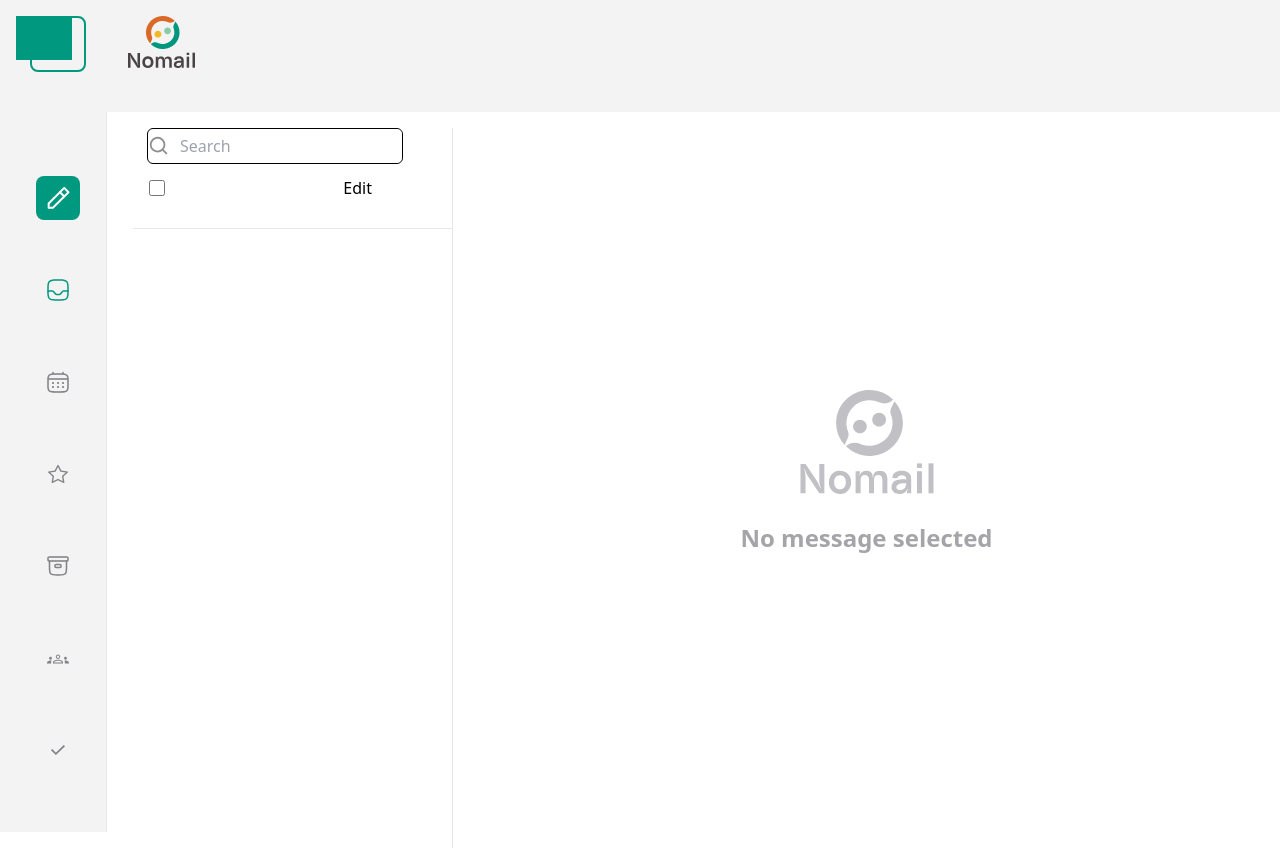
Repository: Tofigkh1/Nomail-App
Page: /
The author's editor kept a copy of each file at every save. The page is drawn from the files as they stood at one save, then again after a run of saves.
The browser window is 1280 px wide. The pictures show the whole page.
The project was rebuilt for these pictures with package versions that can differ from the ones it lists, and the page was loaded fresh each time. The framework's server and built-in components were replaced by stand-ins that run in the browser. Also part of the build but not shown: next.config.mjs.

Above is the page before, as saved 2024-09-25 21:15:01.

After the next 3 saves:
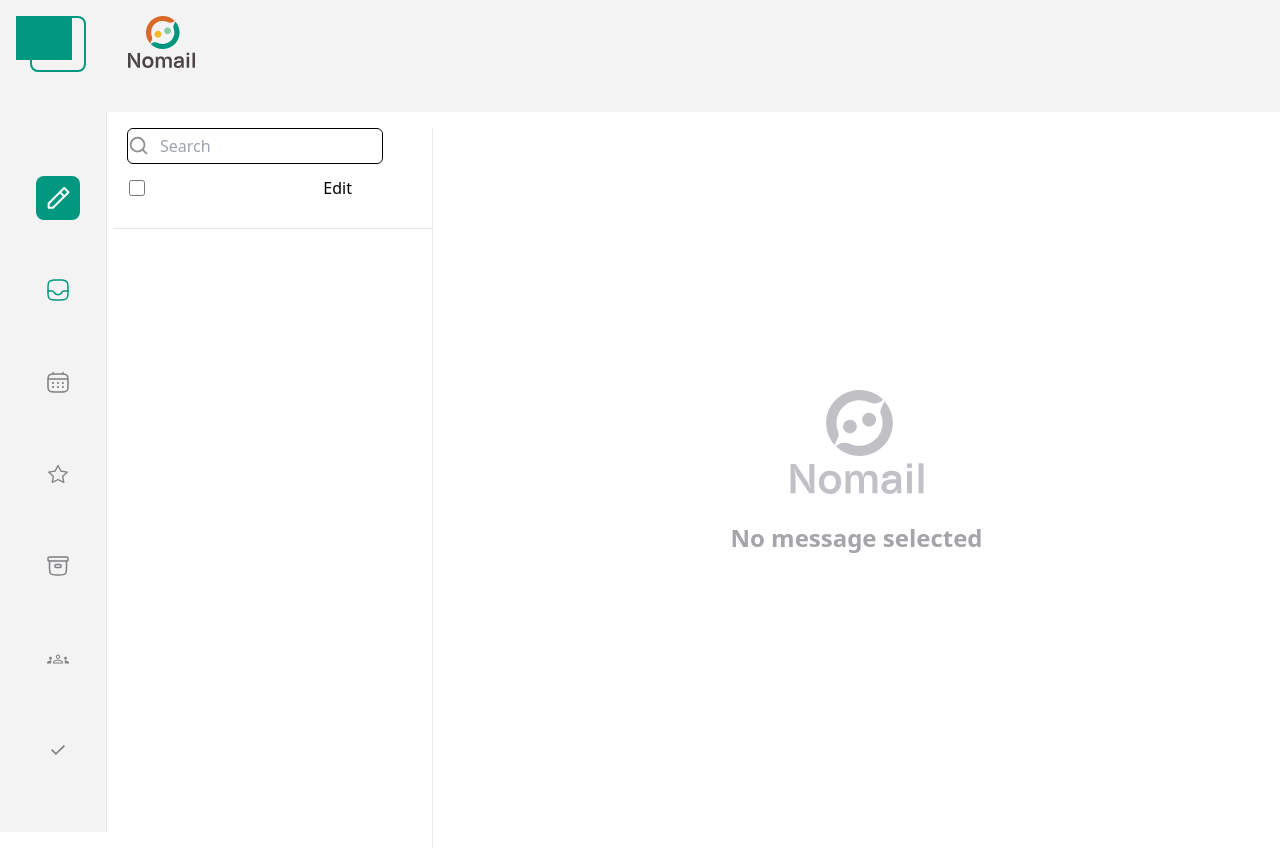
The 3 saves are shown as one change because they came seconds apart.
The last was saved 27 s later.
--- a/app/page.tsx
+++ b/app/page.tsx
@@ -17,7 +17,7 @@
     const [expanded, setExpanded] = useState(false); // Sidebar state
 
     // Sidebar genişliği: genişletildiğinde 250px, daraltıldığında 95px olacak
-    const sidebarWidth = expanded ? '200px' : '60px';
+    const sidebarWidth = expanded ? '200px' : '40px';
 
     return (
         <SidebarContext.Provider value={{ expanded, setExpanded }}>
